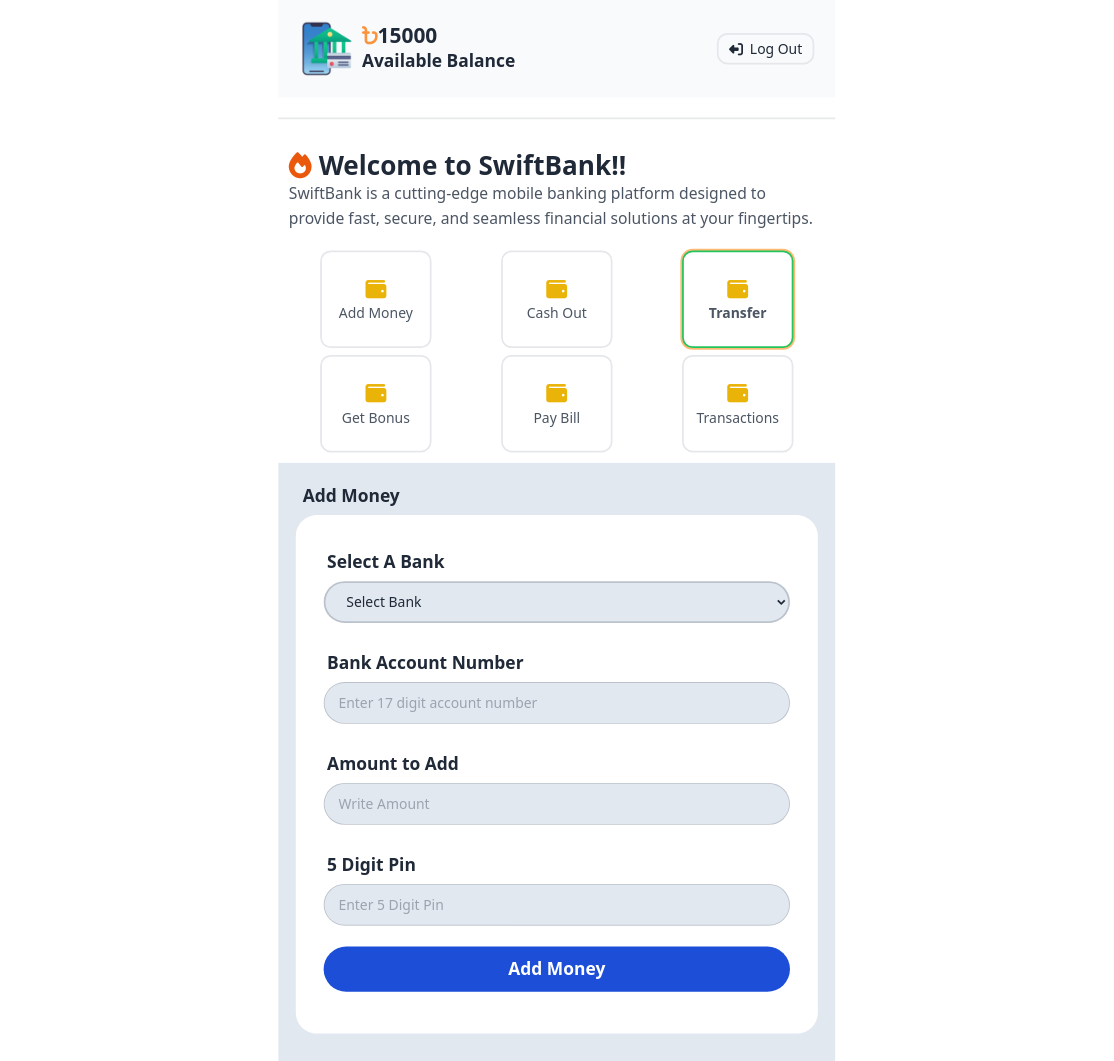
Repository: mukaddam-coder/swift-bank-mobile-banking
Page: home.html
An editor plug-in stored every save of this project. The page is shown before and after the next save, followed by the edit.
The browser window is 1280 px wide. The pictures show the whole page, at 87% of full size.
Some web libraries are served in a nearby version.

Above is the page before, as saved 2024-12-17 00:07:17.

After the next save:
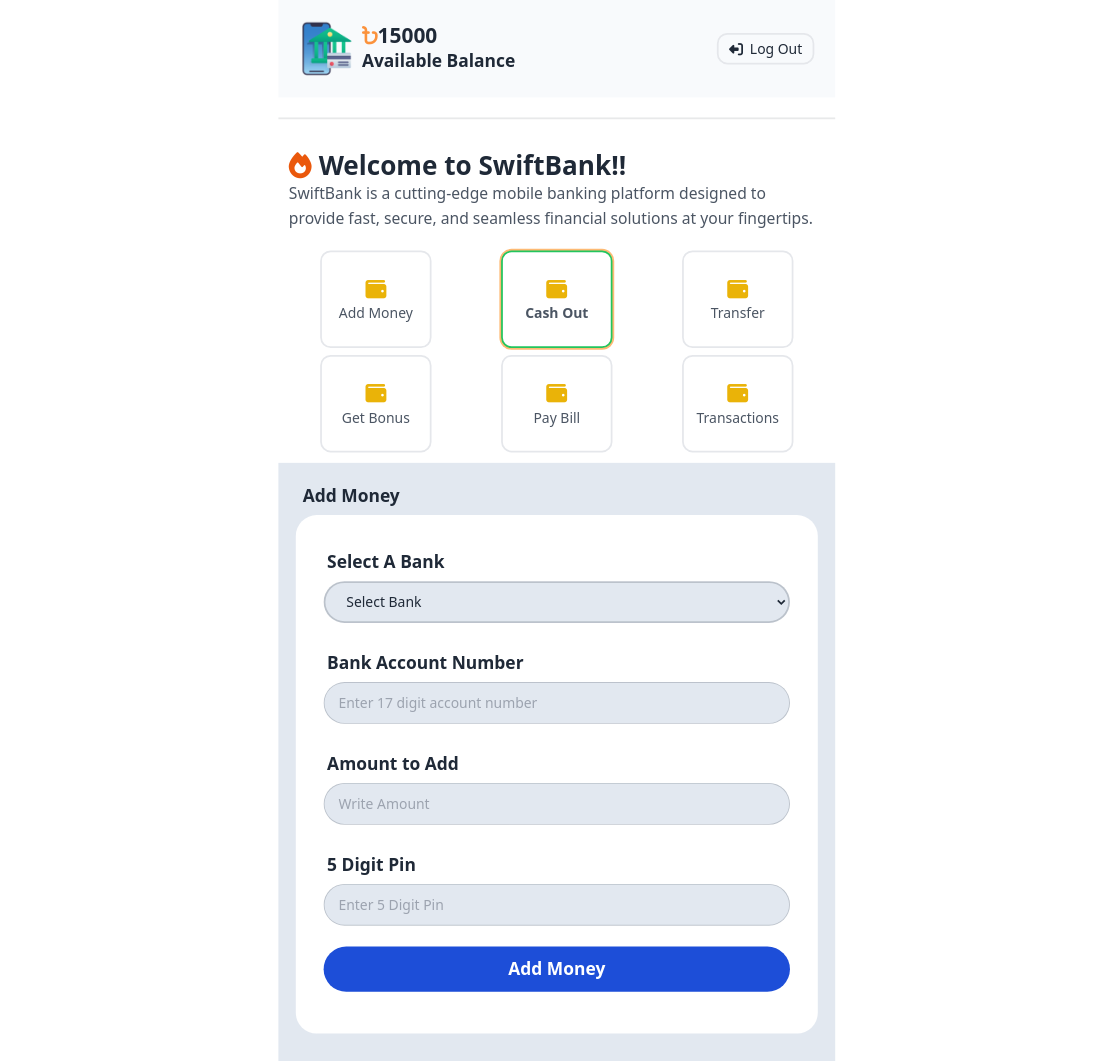
Saved 68 s later.
--- a/Jscript/handle-button.js
+++ b/Jscript/handle-button.js
@@ -17,4 +17,3 @@
 
 handleButtonClicked('show-add-money-section');
 handleButtonClicked('show-cash-out-section');
-handleButtonClicked('show-money-transfer-section');
